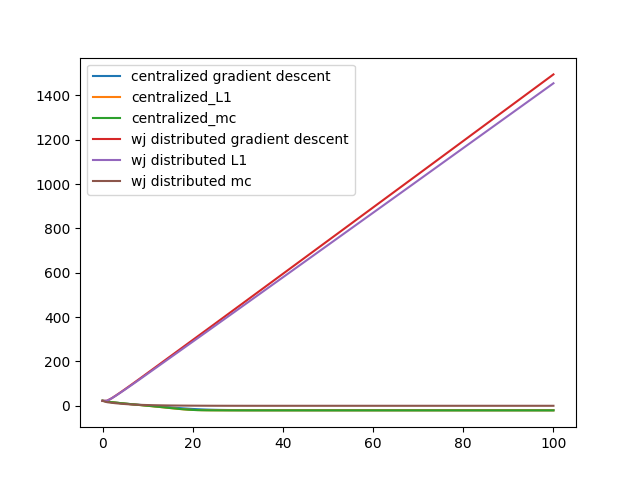
Repository: komuro-zero/distributed-optimization
Script's output: python main_weakly_sparse.py
These files come from the project's save history. The script's output is drawn as it stood at one moment and after the next save; the edit follows.
Random numbers start from a fixed seed.

Above is the script's output before, as saved 2019-09-27 08:00:40.

After the next save:
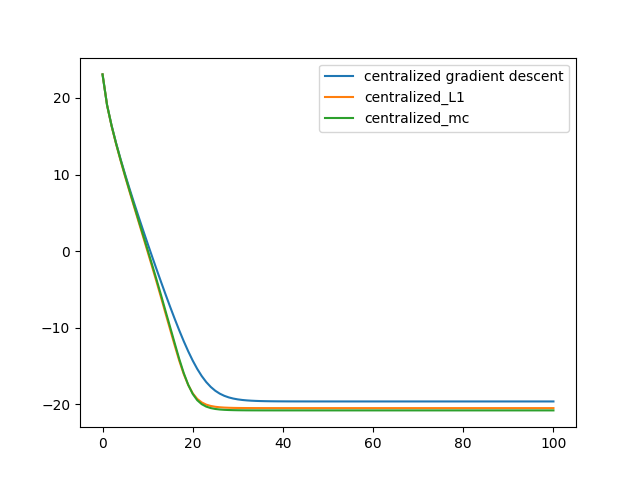
Saved 22 s later.
--- a/main_weakly_sparse.py
+++ b/main_weakly_sparse.py
@@ -50,9 +50,9 @@ class distributed_updates(functions):
         error_cgd,wcgd = self.centralized_gradient_descent(U_all,d_all,w,w_star,L2,0.003,self.iteration)
         error,wcl1 = self.centralized_L1(U_all,d_all,w,w_star,L2,0.003,0.003,self.iteration)
         error,wcmc = self.centralized_mc(U_all,d_all,w,w_star,L2,self.lamb,self.eta,self.rho,self.iteration)
-        self.distributed_gradient_descent_wj(U_all,d_all,w_star,L2,self.N,self.m,self.r_i,0.25,self.iteration,c,w_all,wcgd)
-        self.distributed_L1_wj(U_all,d_all,w_star,L2,self.N,self.m,self.r_i,10**-4,0.24,self.iteration,c,w_all,wcl1)
-        self.distributed_mc_wj(U_all,d_all,w_star,L2,self.N,self.m,self.r_i,self.lamb,self.eta,self.rho,self.iteration,c,w_all,wcmc)
+        #self.distributed_gradient_descent_wj(U_all,d_all,w_star,L2,self.N,self.m,self.r_i,0.25,self.iteration,c,w_all,wcgd)
+        #self.distributed_L1_wj(U_all,d_all,w_star,L2,self.N,self.m,self.r_i,10**-4,0.24,self.iteration,c,w_all,wcl1)
+        #self.distributed_mc_wj(U_all,d_all,w_star,L2,self.N,self.m,self.r_i,self.lamb,self.eta,self.rho,self.iteration,c,w_all,wcmc)
         #self.distributed_gradient_descent(U_all,d_all,w_star,L2,self.N,self.m,self.r_i,0.21,self.iteration,c,w_all)
         #self.distributed_mc(U_all,d_all,w_star,L2,self.N,self.m,self.r_i,self.lamb,self.eta,self.rho,self.iteration,c,w_all)
 
